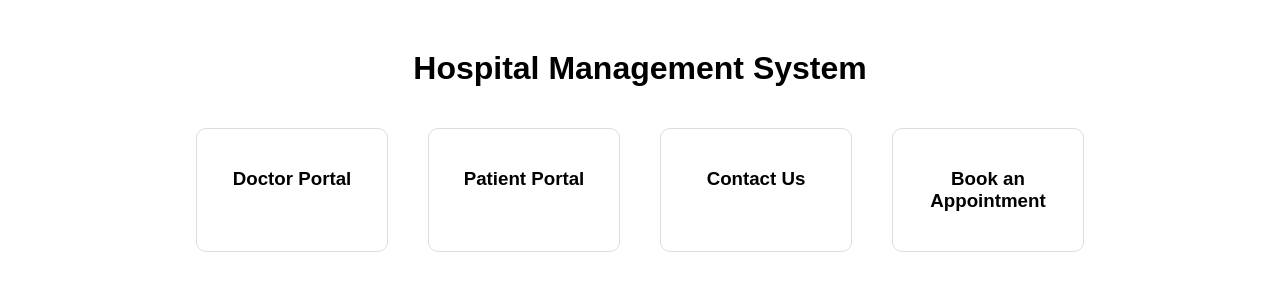
Repository: jaytriggz/Hospital-Management-System
Page: index.html
An editor plug-in stored every save of this project. The page is shown before and after the next save, followed by the edit.
The browser window is 1280 px wide. The pictures show the whole page.

Above is the page before, as saved 2024-07-04 14:49:35.

### index.html
<!DOCTYPE html>
<html lang="en">
<head>
    <meta charset="UTF-8">
    <title>Hospital Management System</title>
    <style>
        body {
            font-family: Arial, sans-serif;
        }
        .container {
            text-align: center;
            margin-top: 50px;
        }
        .icon-container {
            display: flex;
            justify-content: center;
            flex-wrap: wrap;
        }
        .icon {
            margin: 20px;
            padding: 20px;
            border: 1px solid #ddd;
            border-radius: 10px;
            width: 150px;
            text-align: center;
            cursor: pointer;
        }
        .icon:hover {
            background-color: #f0f0f0;
        }
    </style>
</head>
<body>
    <div class="container">
        <h1>Hospital Management System</h1>
        <div class="icon-container">
            <div class="icon" onclick="location.href='doctor_portal.html'">
                <h3>Doctor Portal</h3>
            </div>
            <div class="icon" onclick="location.href='patient_portal.html'">
                <h3>Patient Portal</h3>
            </div>
            <div class="icon" onclick="location.href='contact_us.html'">
                <h3>Contact Us</h3>
            </div>
            <div class="icon" onclick="location.href='schedule_appointment.html'">
                <h3>Book an Appointment</h3>
            </div>
        </div>
    </div>
</body>
</html>

After the next save:
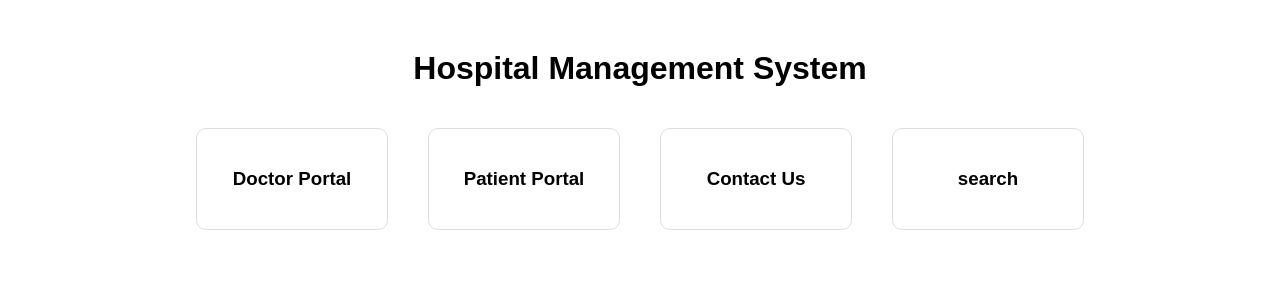
Saved 2 min 53 s later.
--- a/index.html
+++ b/index.html
@@ -44,7 +44,7 @@
                 <h3>Contact Us</h3>
             </div>
             <div class="icon" onclick="location.href='schedule_appointment.html'">
-                <h3>Book an Appointment</h3>
+                <h3>search</h3>
             </div>
         </div>
     </div>
